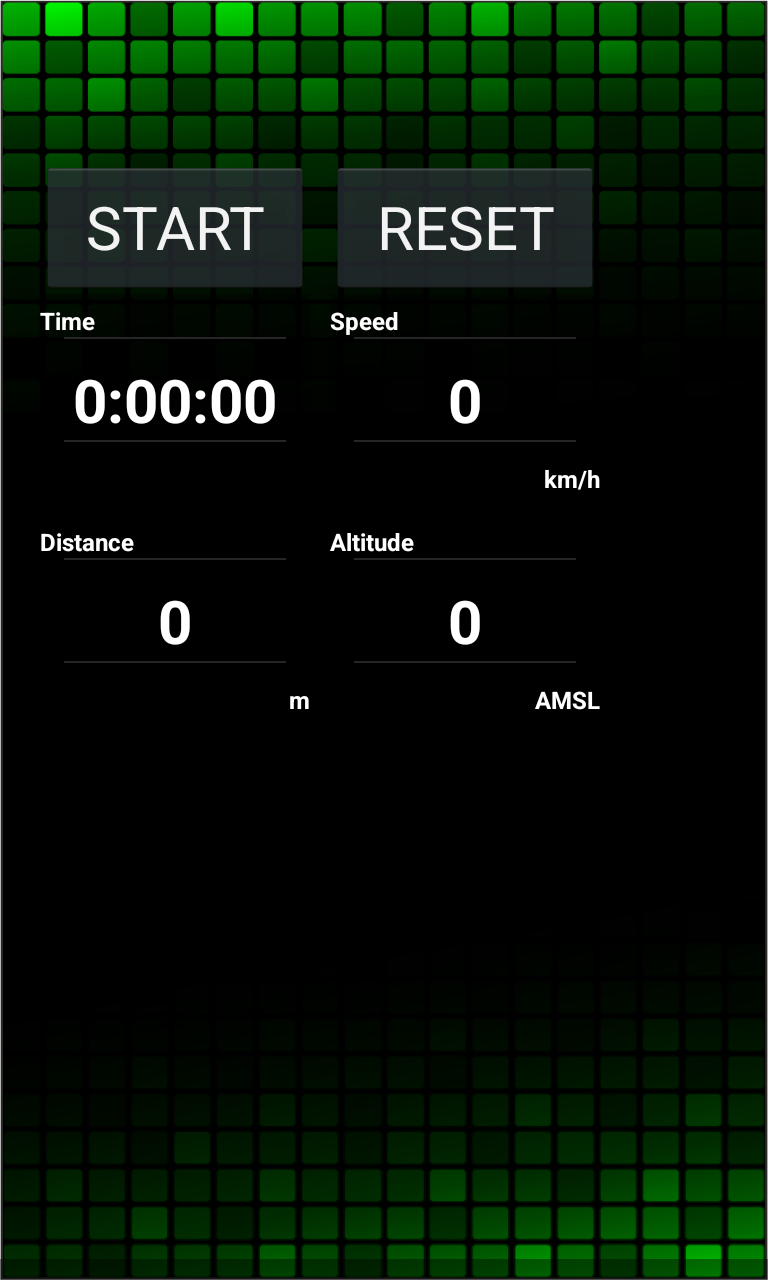
Repository: sebastianR1001/GeoApplication
Layout: GeoApplication/res/layout/activity_fullscreen.xml
These files come from the project's save history. The layout is drawn as it stood at one moment and after the next save; the edit follows.
It is drawn on a 768 x 1280 px phone screen (xhdpi) without system bars, with theme FullscreenTheme; the app's code is not run.

Above is the layout before, as saved 2014-11-01 15:54:42.

### GeoApplication/res/layout/activity_fullscreen.xml
<FrameLayout xmlns:android="http://schemas.android.com/apk/res/android"
    xmlns:tools="http://schemas.android.com/tools"
    android:layout_width="match_parent"
    android:layout_height="match_parent"
    android:background="@drawable/alik"
    tools:context="geo.geoapplication.FullscreenActivity" >

    <!--
         The primary full-screen view. This can be replaced with whatever view
         is needed to present your content, e.g. VideoView, SurfaceView,
         TextureView, etc.
    -->

    <TextView
        android:id="@+id/fullscreen_content"
        android:layout_width="match_parent"
        android:layout_height="match_parent"
        android:gravity="center"
        android:keepScreenOn="true"
        android:textSize="50sp"
        android:textStyle="bold" />

     <TableLayout
        android:layout_width="wrap_content"
        android:layout_height="wrap_content"
        android:layout_marginTop="80dp"
        android:layout_marginLeft="10dp"
        android:layout_marginRight="10dp"  >

         <TableRow
            android:id="@+id/tableRow0"
            android:layout_width="wrap_content"
            android:layout_height="wrap_content"
            >

            <Button
		        android:id="@+id/startButton"
		        android:layout_width="135dp"
		        android:layout_height="67dp"
		        android:layout_marginLeft="10dp"
		        android:textSize="30sp"
		        android:text="@string/startButton" />

		     <Button
		        android:id="@+id/resetButton"
		        android:layout_width="135dp"
		        android:layout_height="67dp"
		        android:layout_marginRight="10dp"
		        android:layout_marginLeft="10dp"
		        android:textSize="30sp"
		        android:text="@string/resetButton" />

        </TableRow>

        <TableRow
            android:id="@+id/tableRow1"
            android:layout_width="wrap_content"
            android:layout_height="wrap_content"
            >

            <LinearLayout
		        android:id="@+id/timeLayout"
		        style="?metaButtonBarStyle"
		        android:layout_width="wrap_content"
		        android:layout_height="wrap_content"
		        android:layout_weight="5"
		        android:layout_marginLeft="10dp"
		        android:background="@color/black_overlay"
		        android:orientation="vertical"
		        tools:ignore="UselessParent" >

			    <TextView
			        android:layout_width="match_parent"
			        android:layout_height="match_parent"
			        android:layout_marginTop="5dp"
			        android:text="@string/timeText"
			        android:id="@+id/timeText"
			        android:textColor="#ffffff"
			        android:textSize="12sp"
			        android:textStyle="bold" />

			    <TextView
			        android:layout_width="match_parent"
			        android:layout_height="match_parent"
			        android:text="@string/time"
			        android:id="@+id/time"
			        android:layout_marginTop="10dp"
			        android:gravity="center"
			        android:textColor="#ffffff"
			        android:textSize="30sp"
			        android:textStyle="bold" />

			    <TextView
			        android:layout_width="match_parent"
			        android:layout_height="match_parent"
			        android:layout_marginTop="10dp"
			        android:textColor="#ffffff"
			        android:textSize="12sp"
			        android:textStyle="bold" />

	        </LinearLayout>

			<LinearLayout
		        android:id="@+id/speedLayout"
		        style="?metaButtonBarStyle"
		        android:layout_width="wrap_content"
		        android:layout_height="wrap_content"
		        android:layout_weight="5"
		        android:layout_marginRight="10dp"
		        android:layout_marginLeft="10dp"
		        android:background="@color/black_overlay"
		        android:orientation="vertical"
		        tools:ignore="UselessParent" >

			    <TextView
			        android:layout_width="match_parent"
			        android:layout_height="match_parent"
			        android:layout_marginTop="5dp"
			        android:text="@string/speedText"
			        android:id="@+id/speedText"
			        android:textColor="#ffffff"
			        android:textSize="12sp"
			        android:textStyle="bold" />

			    <TextView
			        android:layout_width="match_parent"
			        android:layout_height="match_parent"
			        android:text="@string/speed"
			        android:id="@+id/speed"
			        android:layout_marginTop="10dp"
			        android:gravity="center"
			        android:textColor="#ffffff"
			        android:textSize="30sp"
			        android:textStyle="bold" />

			    <TextView
			        android:layout_width="match_parent"
			        android:layout_height="match_parent"
			        android:layout_marginTop="10dp"
			        android:text="@string/speedUnit"
			        android:id="@+id/speedUnit"
			        android:textColor="#ffffff"
			        android:textSize="12sp"
			        android:gravity="right"
			        android:textStyle="bold" />

	        </LinearLayout>

        </TableRow>

        <TableRow
            android:id="@+id/tableRow4"
            android:layout_width="wrap_content"
            android:layout_height="wrap_content"
            android:layout_marginTop="10dp"
            >

            <LinearLayout
		        android:id="@+id/distanceLayout"
		        style="?metaButtonBarStyle"
		        android:layout_width="wrap_content"
		        android:layout_height="wrap_content"
		        android:layout_weight="5"
		        android:layout_marginLeft="10dp"
		        android:background="@color/black_overlay"
		        android:orientation="vertical"
		        tools:ignore="UselessParent" >

			    <TextView
			        android:layout_width="match_parent"
			        android:layout_height="match_parent"
			        android:layout_marginTop="5dp"
			        android:text="@string/distanceText"
			        android:id="@+id/distanceText"
			        android:textColor="#ffffff"
			        android:textSize="12sp"
			        android:textStyle="bold" />

			    <TextView
			        android:layout_width="match_parent"
			        android:layout_height="match_parent"
			        android:text="@string/distance"
			        android:id="@+id/distance"
			        android:layout_marginTop="10dp"
			        android:gravity="center"
			        android:textColor="#ffffff"
			        android:textSize="30sp"
			        android:textStyle="bold" />

			    <TextView
			        android:layout_width="match_parent"
			        android:layout_height="match_parent"
			        android:layout_marginTop="10dp"
			        android:text="@string/distanceUnit"
			        android:id="@+id/distanceUnit"
			        android:textColor="#ffffff"
			        android:gravity="right"
			        android:textSize="12sp"
			        android:textStyle="bold" />

	        </LinearLayout>

			<LinearLayout
		        android:id="@+id/elevationLayout"
		        style="?metaButtonBarStyle"
		        android:layout_width="wrap_content"
		        android:layout_height="wrap_content"
		        android:layout_weight="5"
		        android:layout_marginRight="10dp"
		        android:layout_marginLeft="10dp"
		        android:background="@color/black_overlay"
		        android:orientation="vertical"
		        tools:ignore="UselessParent" >

			    <TextView
			        android:layout_width="match_parent"
			        android:layout_height="match_parent"
			        android:layout_marginTop="5dp"
			        android:text="@string/altitudeText"
			        android:id="@+id/altitudeText"
			        android:textColor="#ffffff"
			        android:textSize="12sp"
			        android:textStyle="bold" />

			    <TextView
			        android:layout_width="match_parent"
			        android:layout_height="match_parent"
			        android:text="@string/altitude"
			        android:id="@+id/altitude"
			        android:layout_marginTop="10dp"
			        android:gravity="center"
			        android:textColor="#ffffff"
			        android:textSize="30sp"
			        android:textStyle="bold" />

			    <TextView
			        android:layout_width="match_parent"
			        android:layout_height="match_parent"
			        android:layout_marginTop="10dp"
			        android:text="@string/altitudeUnit"
			        android:id="@+id/altitudeUnit"
			        android:textColor="#ffffff"
			        android:gravity="right"
			        android:textSize="12sp"
			        android:textStyle="bold" />

	        </LinearLayout>

        </TableRow>

    </TableLayout>

	   <LinearLayout
	        android:id="@+id/advanced"
	        style="?metaButtonBarStyle"
	        android:layout_width="match_parent"
	        android:layout_marginBottom="-200dp"
	        android:layout_height="210dp"
	        android:layout_gravity="bottom|center_horizontal"
	        android:background="@color/black_overlay"
	        android:orientation="vertical"
	        tools:ignore="UselessParent" >

	       <TextView
		        android:id="@+id/advancedInformation"
		        android:layout_width="wrap_content"
                android:layout_height="wrap_content"
                android:text="@string/advancedText"
		        android:paddingTop="5dp"
		        android:paddingLeft="5dp"
		        android:layout_gravity="top|center_horizontal"
		        android:textColor="#ffffff"
		        android:textSize="20sp" />

	       <TextView
		        android:id="@+id/gpsInformation"
		        android:layout_width="wrap_content"
                android:layout_height="wrap_content"
		        android:paddingTop="10dp"
		        android:paddingLeft="5dp"
		        android:textColor="#ffffff"
		        android:textSize="20sp" />

		    <TextView
		        android:id="@+id/viewLocation"
		        android:layout_width="wrap_content"
		        android:layout_height="wrap_content"
		        android:paddingTop="10dp"
		        android:paddingLeft="5dp"
		        android:keepScreenOn="true"
		        android:text="@string/location"
		        android:textColor="#ffffff"
		        android:textSize="20sp"
		        android:textStyle="bold" />

	        <TextView
		        android:layout_width="wrap_content"
                android:layout_height="wrap_content"
		        android:paddingTop="10dp"
		        android:paddingLeft="5dp"
		        android:text="@string/accuracy"
		        android:id="@+id/accuracy"
		        android:textColor="#ffffff"
		        android:textSize="20sp"
		        android:textStyle="bold" />

	        <TextView
		        android:layout_width="wrap_content"
                android:layout_height="wrap_content"
		        android:paddingTop="10dp"
		        android:paddingLeft="5dp"
		        android:text="@string/last_fix"
		        android:id="@+id/lastFix"
		        android:textColor="#ffffff"
		        android:textSize="20sp"
		        android:textStyle="bold" />

        </LinearLayout>


    <FrameLayout
        android:layout_width="match_parent"
        android:layout_height="match_parent"
        android:fitsSystemWindows="true" >

        <LinearLayout
            android:id="@+id/fullscreen_content_controls"
            style="?metaButtonBarStyle"
            android:layout_width="match_parent"
            android:layout_height="wrap_content"
            android:layout_gravity="bottom|center_horizontal"
            android:background="@color/black_overlay"
            android:orientation="horizontal"
            tools:ignore="UselessParent" >
        </LinearLayout>

        <requestFocus />


    </FrameLayout>
    <!--
         This FrameLayout insets its children based on system windows using
         android:fitsSystemWindows.
    -->

</FrameLayout>

### GeoApplication/res/values/strings.xml
<?xml version="1.0" encoding="utf-8"?>
<resources>

    <string name="app_name">GeoApplication</string>
    <string name="dummy_button">Dummy Button</string>
    <string name="dummy_content">DUMMY\nCONTENT</string>
    <string name="geo_application">GEO\nAPPLICATION</string>

    <string name="location">Location: ---</string>

    <string name="speedText">Speed</string>
    <string name="speed">0</string>
    <string name="speedUnit">km/h</string>

    <string name="time">0:00:00</string>
    <string name="timeText">Time</string>

    <string name="accuracy">Accuracy:</string>

    <string name="distance">0</string>
    <string name="distanceUnit">m</string>
    <string name="distanceText">Distance</string>

    <string name="altitude">0</string>
    <string name="altitudeUnit">AMSL</string>
    <string name="altitudeText">Altitude</string>

    <string name="last_fix">Last fix:</string>

    <string name="userText">USER</string>
    <string name="passwordText">PASSWORD</string>

    <string name="startButton">START</string>
    <string name="stopButton">STOP</string>
    <string name="resetButton">RESET</string>
    <string name="loginButton">LOGIN</string>
    <string name="newAccountButton">REGISTRATION</string>

    <string name="advancedText">ADVANCED</string>

</resources>

Loaded but not shown: GeoApplication/res/values-v11/styles.xml (common file); GeoApplication/res/values/styles.xml (common file); GeoApplication/res/values/colors.xml (common file)

After the next save:
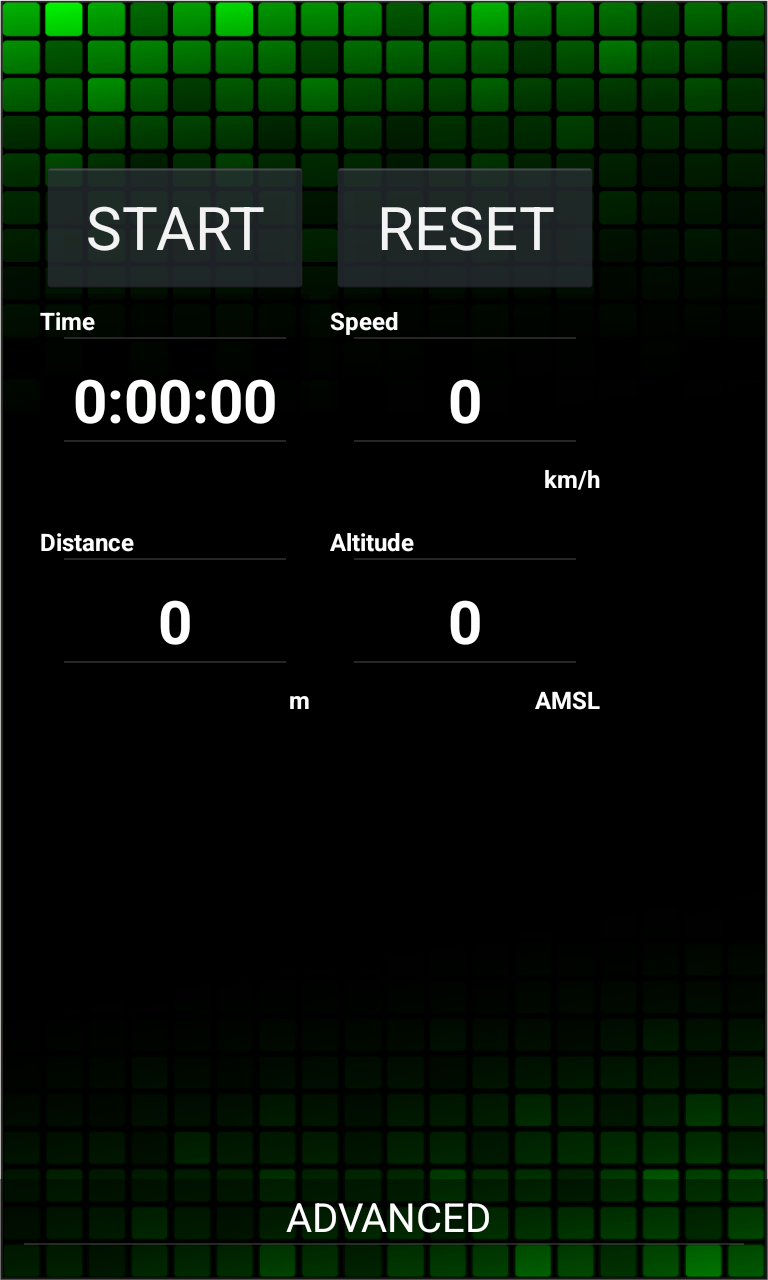
Saved 42 s later.
--- a/GeoApplication/res/layout/activity_fullscreen.xml
+++ b/GeoApplication/res/layout/activity_fullscreen.xml
@@ -254,7 +254,7 @@
 	        android:id="@+id/advanced"
 	        style="?metaButtonBarStyle"
 	        android:layout_width="match_parent"
-	        android:layout_marginBottom="-200dp"
+	        android:layout_marginBottom="-160dp"
 	        android:layout_height="210dp"
 	        android:layout_gravity="bottom|center_horizontal"
 	        android:background="@color/black_overlay"
